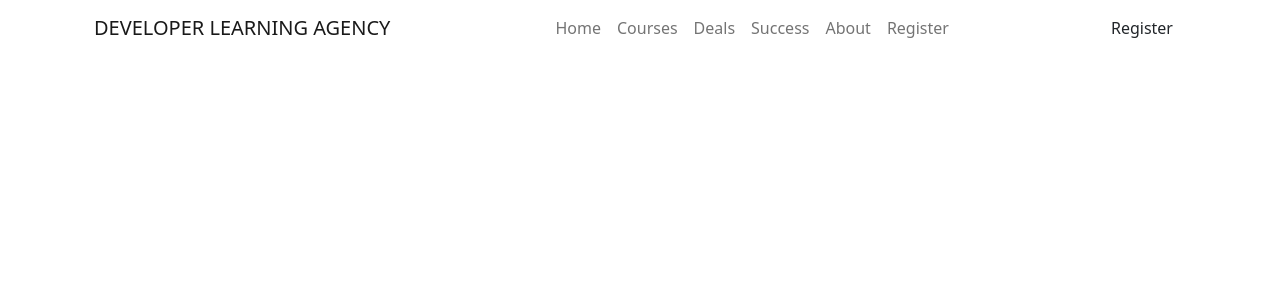
Repository: zjria/developer-learning-agency
Page: index.html
The author's editor kept a copy of each file at every save. The page is drawn from the files as they stood at one save, then again after the next save.
The browser window is 1280 px wide. The pictures show the whole page.

Above is the page before, as saved 2022-10-11 10:39:17.

After the next save:
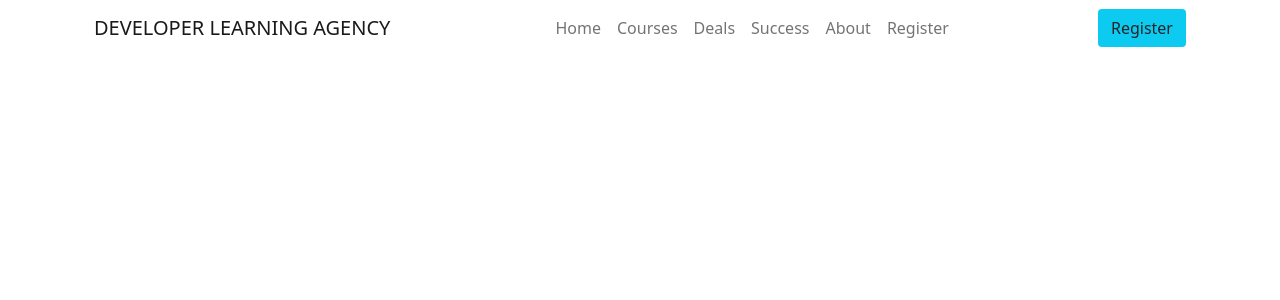
Saved 13 s later.
--- a/index.html
+++ b/index.html
@@ -50,7 +50,7 @@
                                 <a class="nav-link" href="#">Register</a>
                             </li>
                         </ul>
-                        <button type="button" class="btn">Register</button>
+                        <button type="button" class="btn bg-info">Register</button>
                     </div>
                 </div>
             </nav>
